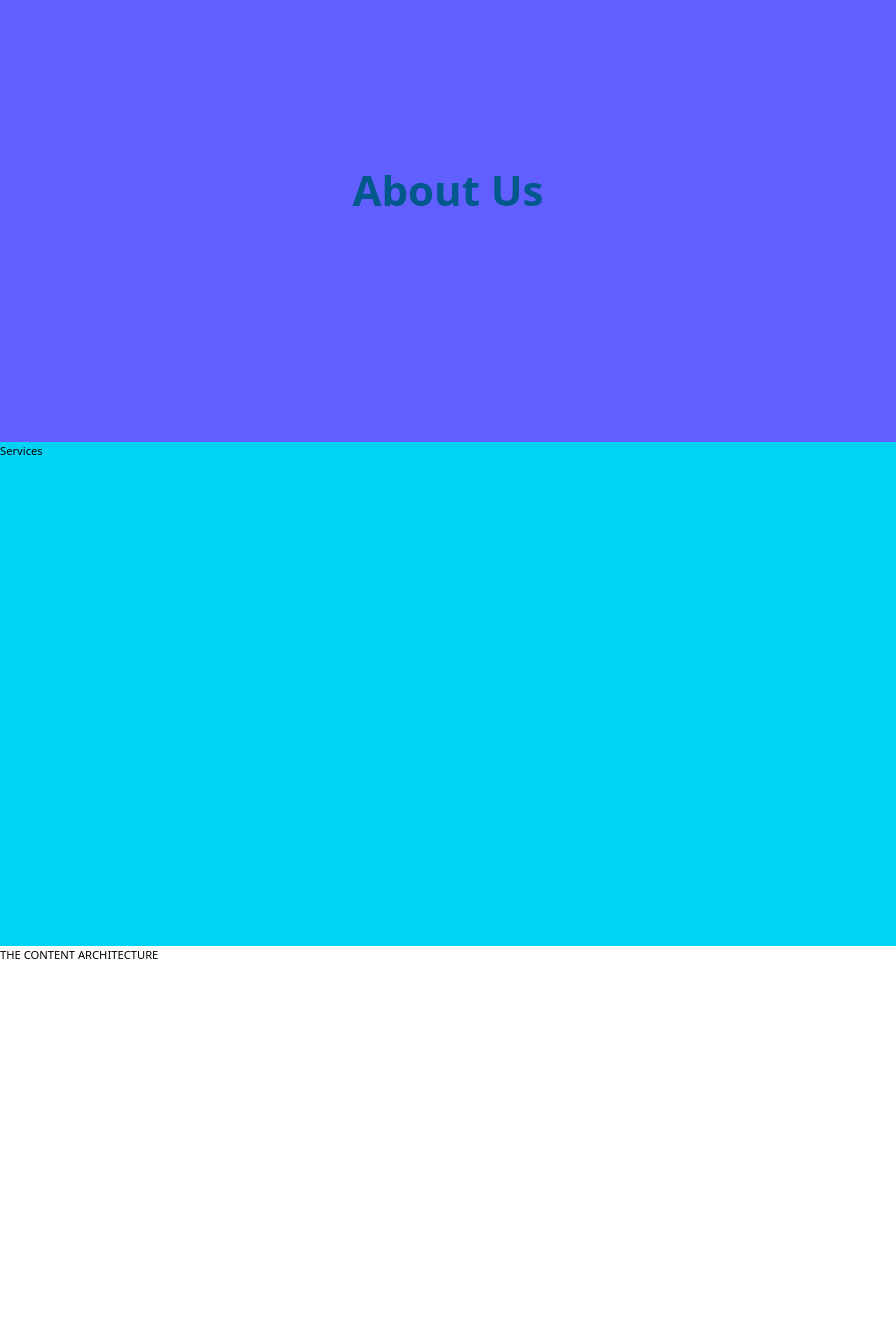
Repository: ajay-maurya-dev/Login
Page: /
These files come from the project's save history. The page is drawn as it stood at one moment and after the next save; the edit follows.
The browser window is 1280 px wide. The pictures show the part of the page from y = 808 to 2708 px (the page is 2880 px tall), at 70% of full size.
Backgrounds fixed to the window are drawn as part of the page. The project was rebuilt for these pictures with package versions that can differ from the ones it lists, and the page was loaded fresh each time. Also part of the build but not shown: vite.config.js.

Above is the page before, as saved 2026-10-24 23:38:16.

### index.html
<!doctype html>
<html lang="en">
  <head>
    <meta charset="UTF-8" />
    <link rel="icon" type="image/svg+xml" href="/favicon.svg" />
    <meta name="viewport" content="width=device-width, initial-scale=1.0" />
    <title>homepage</title>
  </head>
  <body>
    <div id="root"></div>
    <script type="module" src="/src/main.jsx"></script>
  </body>
</html>

### src/index.css
@import "tailwindcss";
@custom-variant dark (&:where(.dark, .dark *));

html {
  scroll-behavior: smooth;
}

### src/App.jsx
import About from "./components/About";
import Footer from "./components/footer";
import Home from "./components/Home";
import Navbar from "./components/Navbar";
import Services from "./components/Services";

function App() {
  return (
    <div className="min-h-screen w-full dark:bg-black dark:text-white">
      {/* Navbar stays fixed or at the top */}
      <Navbar />

      {/* Wrap sections with unique IDs */}
      <section id="home">
        <Home />
      </section>

      <section id="about">
        <About />
      </section>
      <section id="services">
        <Services/>
      </section>
      <Footer />
    </div>
  );
}

export default App;

### src/components/About.jsx


function About() {
  return (
    <div className="w-full min-h-screen bg-indigo-500 z-10 text-2xl dark:bg-black dark:text-white bg-fixed flex justify-center items-center">
        <h4 className="text-6xl font-extrabold text-sky-800">About Us</h4>
    </div>
  )
}

export default About

### src/components/footer.jsx


function Footer() {
  return (
  <footer className="w-full h-screen dark:bg-black dark:text-white">
    <h1>THE CONTENT ARCHITECTURE</h1>
  </footer>
  )
}

export default Footer

### src/components/Home.jsx



function Home() {
  return (
    <div className="flex w-full justify-center items-center min-h-screen dark:bg-black bg-[url(https://images.unsplash.com/photo-1757513189385-580a91ac7fe4?q=80&w=2070&auto=format&fit=crop&ixlib=rb-4.1.0&ixid=NHwxMjA3fDA%3D)] bg-cover bg-fixed">
    <div className="py-1 text-sky-900 border border-amber-50 text-9xl font-bold flex items-center">
      <h1 className="">BRAND SHOES</h1>
    </div>
    </div>
  );
}

export default Home;

### src/components/Navbar.jsx
import Dark from "./Dark";

function Navbar() {


  return (
    <nav className="flex rounded-4xl text-gray-500 to-white px-10 md:flex-row md:items-center md:h-10 md:w-full dark:bg-black dark:text-white sm:h-full sm:flex-col sm:w-4/7 sm:items-start top-0 fixed ">
      <div className=" flex-1 text-2xl cursor-pointer font-extrabold">LOGO</div>
      <div className="flex flex-1 gap-10 test-2xl font-bold md:flex-row sm:flex-col ">
        <h3 className="cursor-pointer hover:text-cyan-500 active:scale-95 ">
          <a href="#home">HOME</a>
        </h3>
        <h3 className="cursor-pointer hover:text-cyan-500 active:scale-95">
          <a href="#about">ABOUT</a>
        </h3>
        <h3 className="cursor-pointer hover:text-cyan-500 active:scale-95">
          <a href="#services">SERVICES</a>
        </h3>
        <h3 className="cursor-pointer hover:text-cyan-500 active:scale-95">
          PROFILE
        </h3>
        <Dark/>
      </div>
    </nav>
  );
}

export default Navbar;

### src/components/Services.jsx


function Services() {
  return (
    <div className="bg-cyan-400 h-screen w-screen z-20">
      <h1>Services</h1>
    </div>
  )
}

export default Services

### src/components/Dark.jsx
import { useState, useEffect } from "react";

export default function Dark() {
  const [isDark, setIsDark] = useState(false);

  // Sync the true/false state to the HTML document tag
  useEffect(() => {
    const root = window.document.documentElement;
    if (isDark) {
      root.classList.add("dark");
    } else {
      root.classList.remove("dark");
    }
  }, [isDark]);

  return (
    <button
      className="px-1 text-xl rounded-full bg-transparent dark:bg-neutral-800 transition-colors duration-200"
      onClick={() => setIsDark((prev) => !prev)}
    >
      {isDark ? "☀️" : "🌙"}
    </button>
  );
}

Loaded but not shown: src/main.jsx (common file)

After the next save:
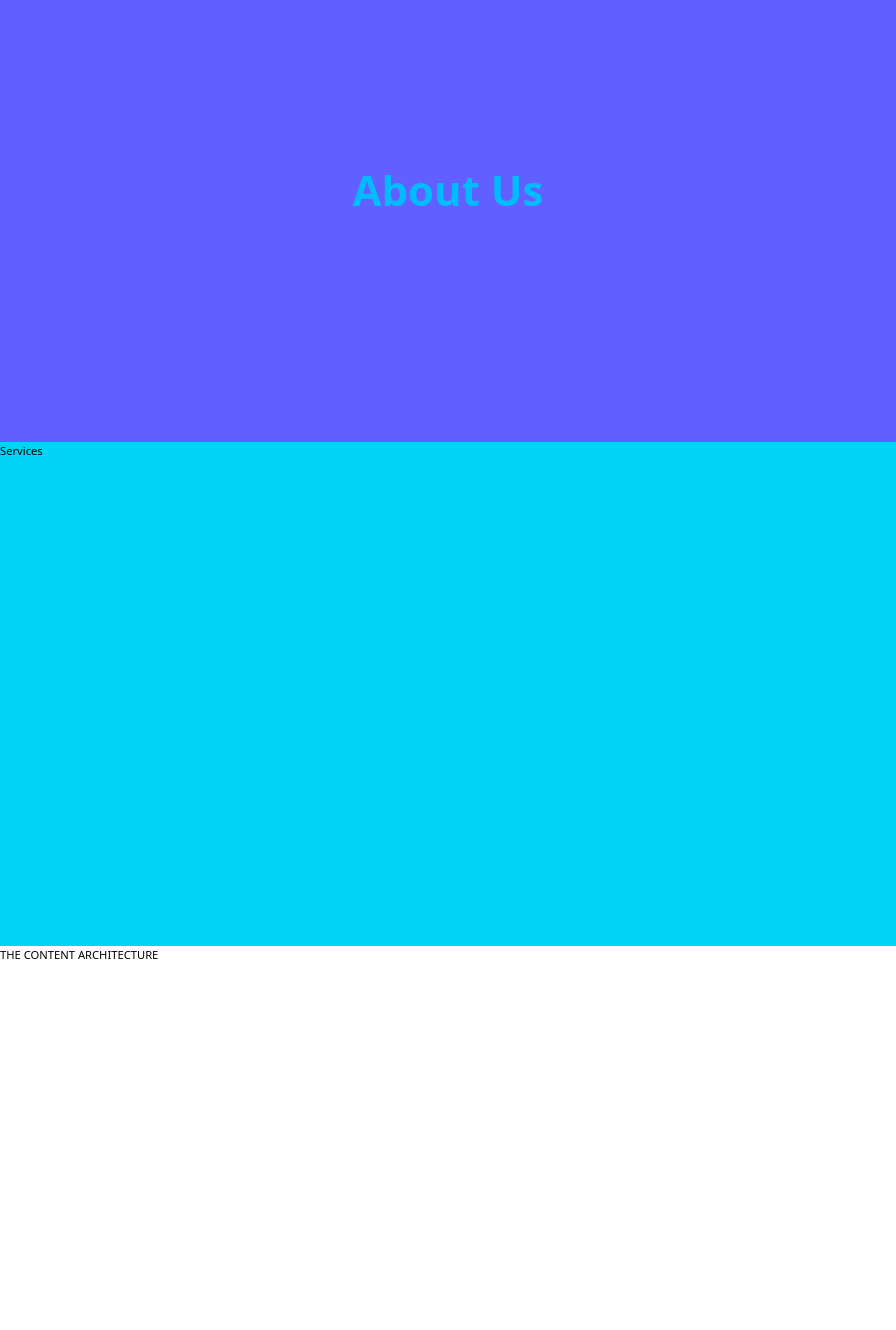
Saved 6 s later.
--- a/src/components/About.jsx
+++ b/src/components/About.jsx
@@ -3,7 +3,7 @@
 function About() {
   return (
     <div className="w-full min-h-screen bg-indigo-500 z-10 text-2xl dark:bg-black dark:text-white bg-fixed flex justify-center items-center">
-        <h4 className="text-6xl font-extrabold text-sky-800">About Us</h4>
+        <h4 className="text-6xl font-extrabold text-sky-400">About Us</h4>
     </div>
   )
 }
